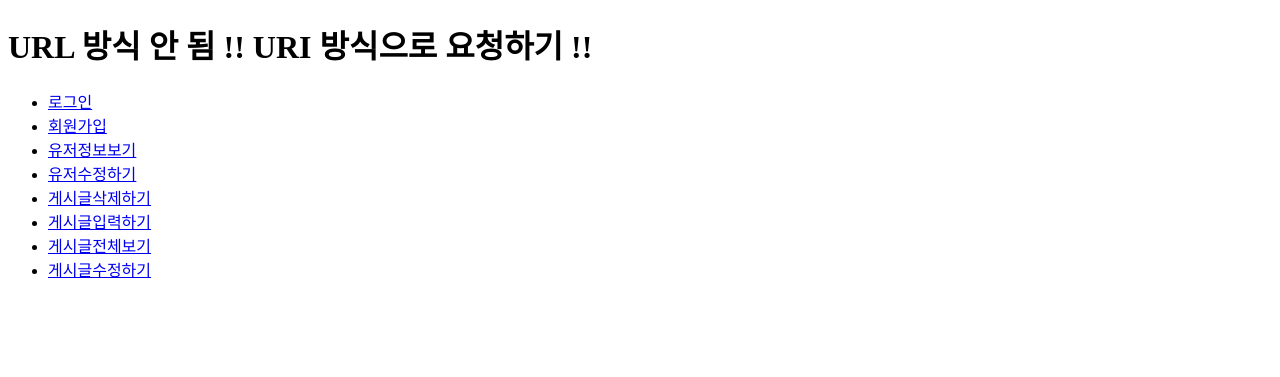
Repository: iron-ee/JSP
Page: http://localhost/hello/
The author's editor kept a copy of each file at every save. The page is drawn from the files as they stood at one save, then again after the next save.
The browser window is 1280 px wide. The pictures show the whole page.
The page is served by Tomcat 9. Other server files are loaded and not shown.

Above is the page before, as saved 2020-12-21 06:49:06.

### hello/WebContent/index.jsp
<%@ page language="java" contentType="text/html; charset=UTF-8"
    pageEncoding="UTF-8"%>

    <%@ include file = "layout/header.jsp" %>

    </body>
</html>

### hello/WebContent/layout/header.jsp
<%@ page language="java" contentType="text/html; charset=UTF-8"
    pageEncoding="UTF-8"%>
<!DOCTYPE html>
<html>
<head>
<meta charset="UTF-8">
<title>Insert title here</title>
</head>
<body>
<h1>URL 방식 안 됨 !! URI 방식으로 요청하기 !!</h1>
<ul>
	<li><a href="/hello/user?gubun=login">로그인</a></li>
	<li><a href="/hello/user?gubun=join">회원가입</a></li>
	<li><a href="/hello/user?gubun=selectOne">유저정보보기</a></li>
	<li><a href="/hello/user?gubun=updateOne">유저수정하기</a></li>
	<li><a href="/hello/board?gubun=deleteOne">게시글삭제하기</a></li>
	<li><a href="/hello/board?gubun=insertOne">게시글입력하기</a></li>
	<li><a href="/hello/board?gubun=selectAll">게시글전체보기</a></li>
	<li><a href="/hello/board?gubun=updateOne">게시글수정하기</a></li>
</ul>

After the next save:
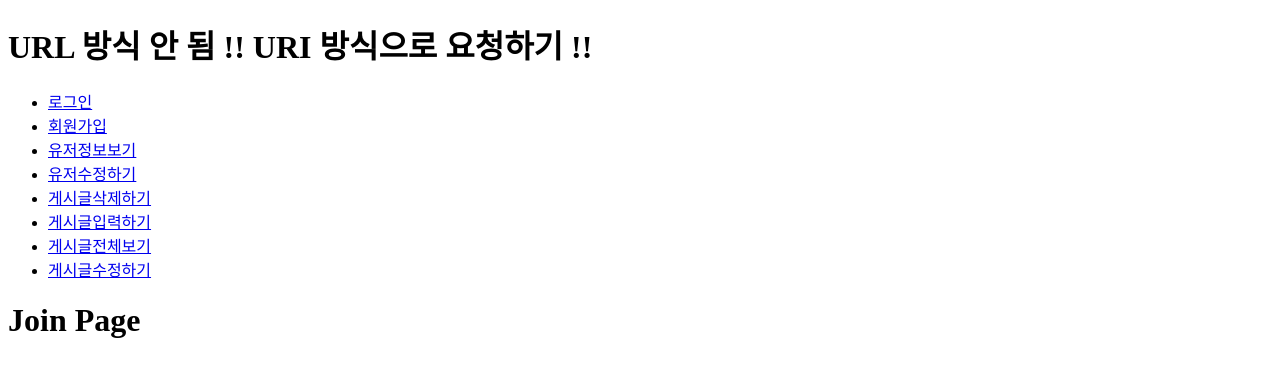
Saved 78 s later.
--- a/hello/WebContent/index.jsp
+++ b/hello/WebContent/index.jsp
@@ -1,7 +1,9 @@
 <%@ page language="java" contentType="text/html; charset=UTF-8"
     pageEncoding="UTF-8"%>
 
-    <%@ include file = "layout/header.jsp" %>
+    <%@ include file = "../layout/header.jsp" %>
 
-    </body>
+
+<h1>Join Page</h1>
+</body>
 </html>
